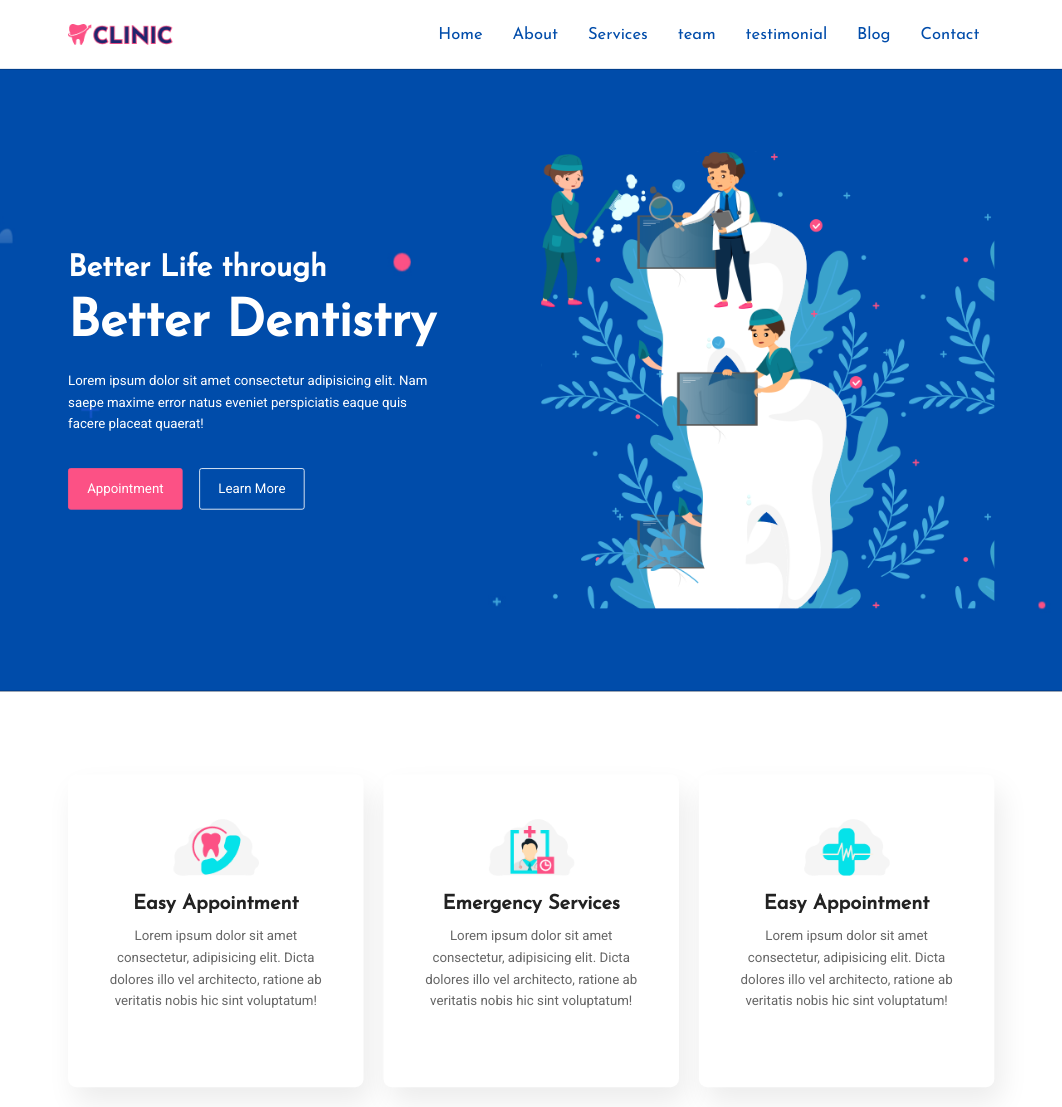
Repository: rsbappy/Project-13
Page: index.html
An editor plug-in stored every save of this project. The page is shown before and after the next save, followed by the edit.
The browser window is 1280 px wide. The pictures show the whole page, at 83% of full size.
Some web libraries are served in a nearby version.

Above is the page before, as saved 2022-08-19 11:23:27.
Console error: TypeError: Cannot read properties of null (reading 'classList')

After the next save:
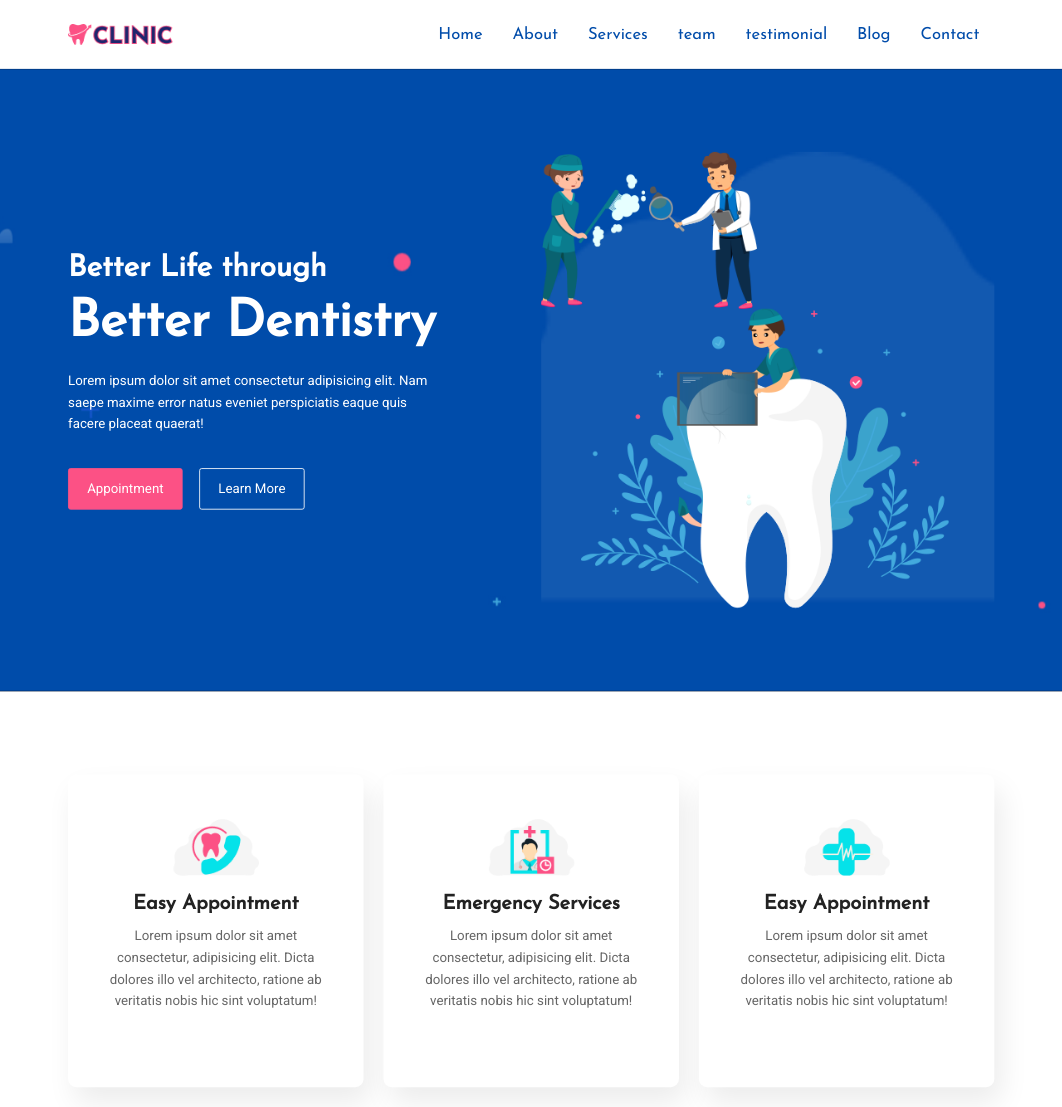
Saved 23 s later.
--- a/css/style.css
+++ b/css/style.css
@@ -239,5 +239,8 @@ p {
 
 .banner_wrapper .top-right-sec {
     position: relative;
-    background-image: url(/images/top-banner-img/top-right-img-1.png);
-}
+    background-image: url('/images/top-banner-img/top-right-bg.png');
+    background-position: center center;
+    background-repeat: no-repeat;
+    background-size: cover;
+}
